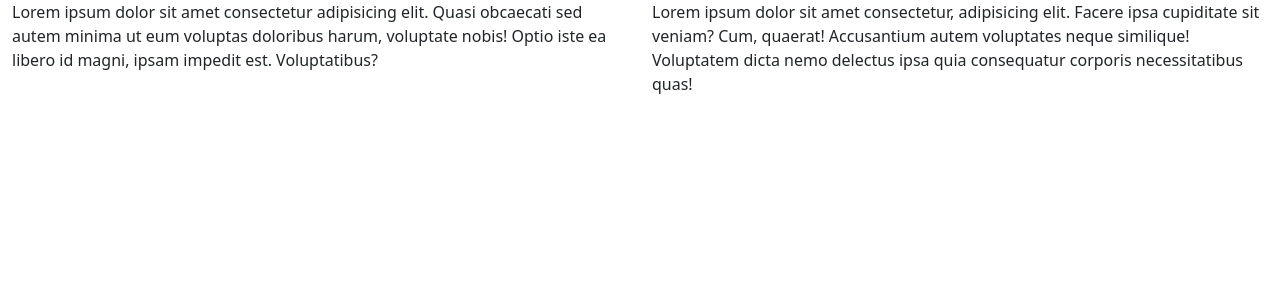
Repository: Zyzik-33/bootstrap-test
Page: index.html
The author's editor kept a copy of each file at every save. The page is drawn from the files as they stood at one save, then again after the next save.
The browser window is 1280 px wide. The pictures show the whole page.

Above is the page before, as saved 2021-01-27 14:18:09.

### index.html
<!DOCTYPE html>
<html lang="en">
<head>
  <title>LeeLoo</title>
  <meta charset="UTF-8">
  <meta name="viewport" content="width=device-width, initial-scale=1.0">
  <link href="https://cdn.jsdelivr.net/npm/bootstrap@5.0.0-beta1/dist/css/bootstrap.min.css" rel="stylesheet" integrity="sha384-giJF6kkoqNQ00vy+HMDP7azOuL0xtbfIcaT9wjKHr8RbDVddVHyTfAAsrekwKmP1" crossorigin="anonymous">
  <script src="https://ajax.googleapis.com/ajax/libs/jquery/3.5.1/jquery.min.js"></script>
  <script src="https://cdn.jsdelivr.net/npm/bootstrap@5.0.0-beta1/dist/js/bootstrap.bundle.min.js" integrity="sha384-ygbV9kiqUc6oa4msXn9868pTtWMgiQaeYH7/t7LECLbyPA2x65Kgf80OJFdroafW" crossorigin="anonymous"></script>
</head>
<body>
  <div class="container-fluid">
    <div class="row">
      <div class="col-lg-6">Lorem ipsum dolor sit amet consectetur adipisicing elit. Quasi obcaecati sed autem minima ut eum voluptas doloribus harum, voluptate nobis! Optio iste ea libero id magni, ipsam impedit est. Voluptatibus?</div>
      <div class="col-lg-6">Lorem ipsum dolor sit amet consectetur, adipisicing elit. Facere ipsa cupiditate sit veniam? Cum, quaerat! Accusantium autem voluptates neque similique! Voluptatem dicta nemo delectus ipsa quia consequatur corporis necessitatibus quas!</div>
    </div>
  </div>
</body>
</html>

After the next save:
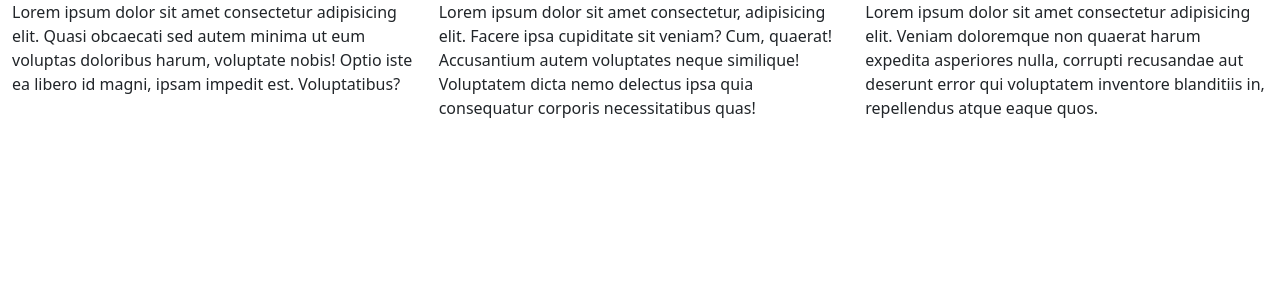
Saved 6 min 27 s later.
--- a/index.html
+++ b/index.html
@@ -11,8 +11,9 @@
 <body>
   <div class="container-fluid">
     <div class="row">
-      <div class="col-lg-6">Lorem ipsum dolor sit amet consectetur adipisicing elit. Quasi obcaecati sed autem minima ut eum voluptas doloribus harum, voluptate nobis! Optio iste ea libero id magni, ipsam impedit est. Voluptatibus?</div>
-      <div class="col-lg-6">Lorem ipsum dolor sit amet consectetur, adipisicing elit. Facere ipsa cupiditate sit veniam? Cum, quaerat! Accusantium autem voluptates neque similique! Voluptatem dicta nemo delectus ipsa quia consequatur corporis necessitatibus quas!</div>
+      <div class="col-lg-4">Lorem ipsum dolor sit amet consectetur adipisicing elit. Quasi obcaecati sed autem minima ut eum voluptas doloribus harum, voluptate nobis! Optio iste ea libero id magni, ipsam impedit est. Voluptatibus?</div>
+      <div class="col-lg-4">Lorem ipsum dolor sit amet consectetur, adipisicing elit. Facere ipsa cupiditate sit veniam? Cum, quaerat! Accusantium autem voluptates neque similique! Voluptatem dicta nemo delectus ipsa quia consequatur corporis necessitatibus quas!</div>
+      <div class="col-lg-4">Lorem ipsum dolor sit amet consectetur adipisicing elit. Veniam doloremque non quaerat harum expedita asperiores nulla, corrupti recusandae aut deserunt error qui voluptatem inventore blanditiis in, repellendus atque eaque quos.</div>
     </div>
   </div>
 </body>
